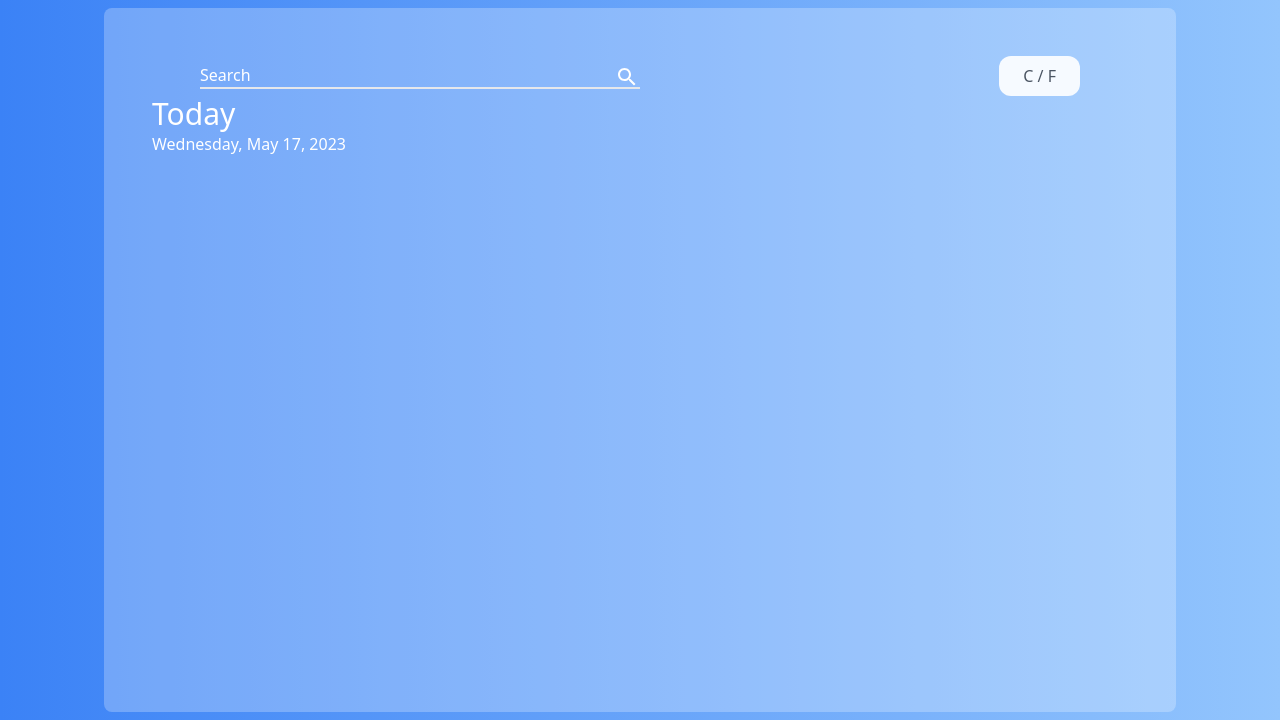
Repository: DevAntonioRogers/react-weatherapp-v2
Page: /
The author's editor kept a copy of each file at every save. The page is drawn from the files as they stood at one save, then again after the next save.
The browser window is 1280 px wide. The pictures show the whole page.
The project was rebuilt for these pictures with package versions that can differ from the ones it lists, and the page was loaded fresh each time. The framework's server and built-in components were replaced by stand-ins that run in the browser. Also part of the build but not shown: next.config.js.

Above is the page before, as saved 2023-05-20 00:09:26.

After the next save:
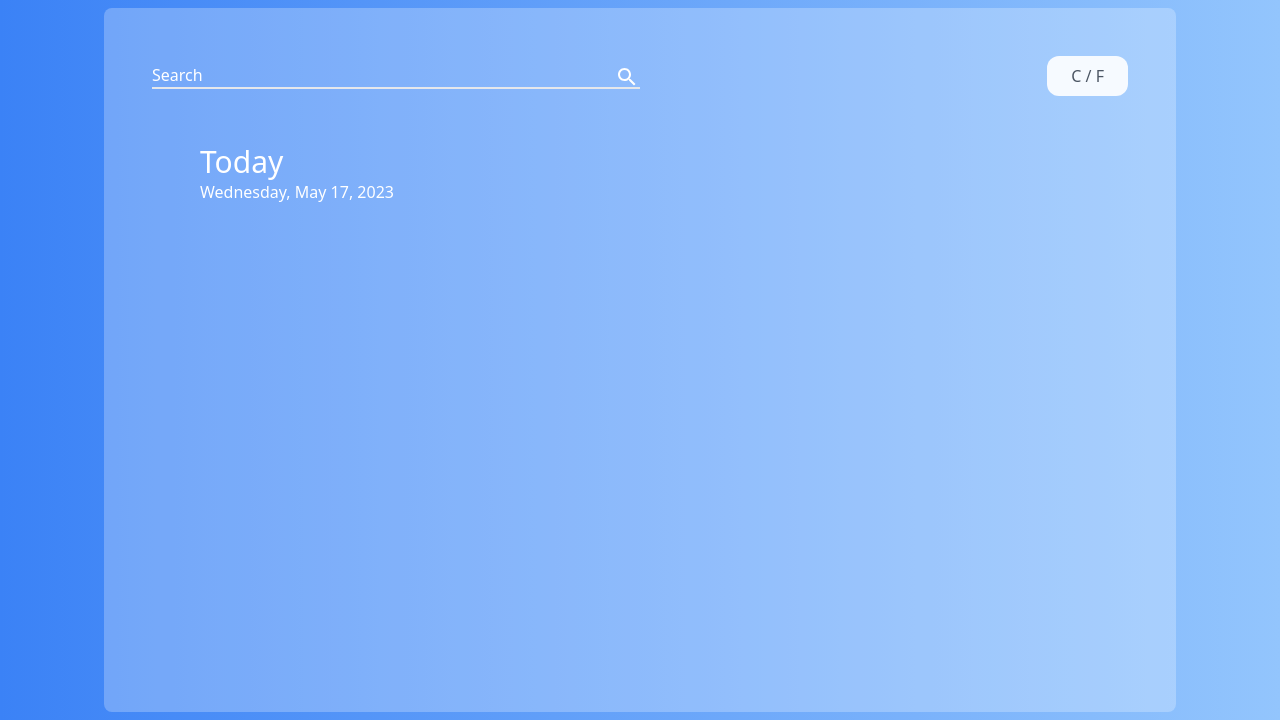
Saved 23 s later.
--- a/app/page.tsx
+++ b/app/page.tsx
@@ -37,13 +37,13 @@ export default function Home() {
     <div className="flex justify-center p-2 bg-cover h-screen bg-gradient-to-r from-blue-500 to-blue-300">
       <div className="bg-white/25 mx-24 w-full rounded-lg p-12 flex flex-col">
         {/* SEARCH AND DEGREE CONVERSION */}
-        <div className="flex justify-between items-center mx-12">
+        <div className="flex justify-between items-center">
           <Input handleSearch={handleSearch} location={location} setLocation={setLocation} />
           <Conversion />
         </div>
 
         {/* CURRENT WEATHER SECTION */}
-        <div className="flex p">
+        <div className="flex p-12">
           <Current data={data} />
         </div>
       </div>
